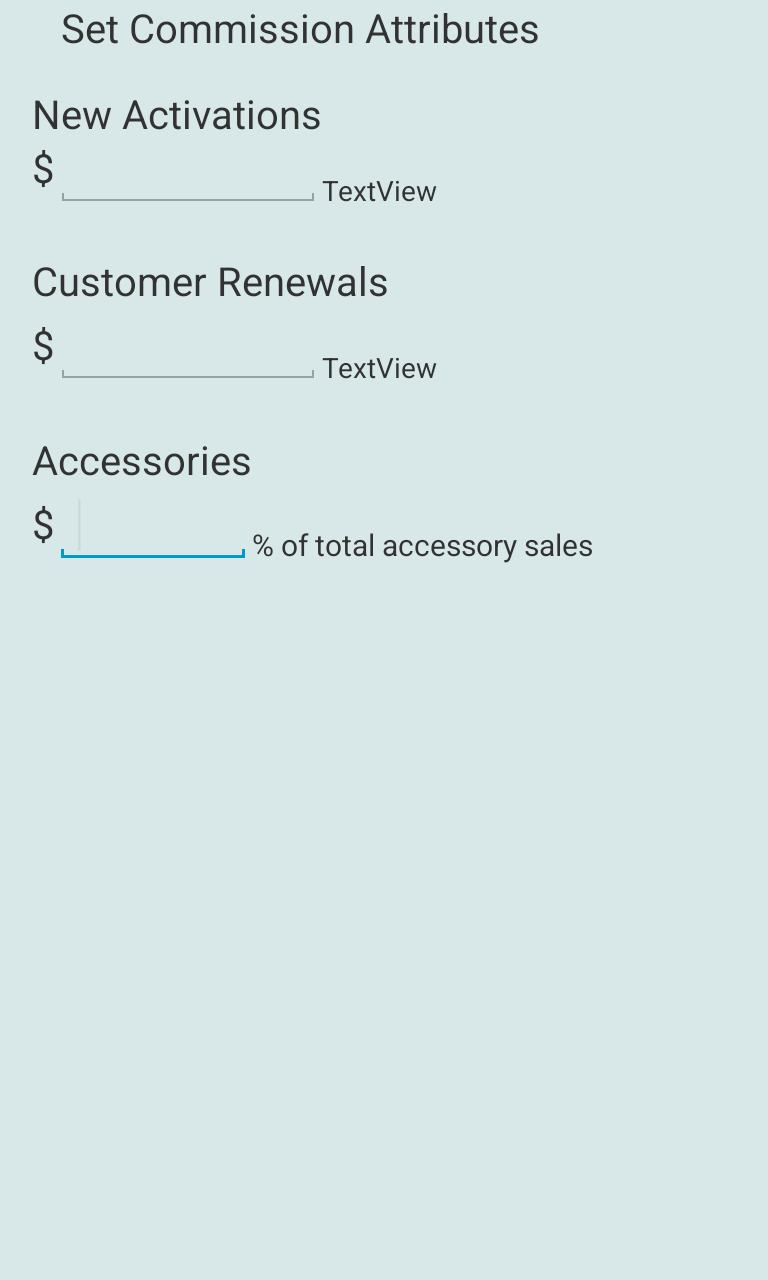
Repository: jemcphe/XCell
Layout: XCell/res/layout/frag_settings.xml
These files come from the project's save history. The layout is drawn as it stood at one moment and after the next save; the edit follows.
It is drawn on a 768 x 1280 px phone screen (xhdpi) without system bars, with theme Theme.Xcell; the app's code is not run.

Above is the layout before, as saved 2013-08-16 03:13:58.

### XCell/res/layout/frag_settings.xml
<?xml version="1.0" encoding="utf-8"?>
<RelativeLayout xmlns:android="http://schemas.android.com/apk/res/android"
    android:id="@+id/frag_settings"
    android:layout_width="match_parent"
    android:layout_height="match_parent"
    android:background="@color/background_xcell"
    android:orientation="vertical" >

    <TextView
        android:id="@+id/textView2"
        android:layout_width="300dp"
        android:layout_height="wrap_content"
        android:gravity="center"
        android:text="Set Commission Attributes"
        android:textSize="20sp" />

    <TextView
        android:id="@+id/textView1"
        android:layout_width="wrap_content"
        android:layout_height="wrap_content"
        android:layout_alignParentLeft="true"
        android:layout_below="@+id/textView2"
        android:layout_marginLeft="16dp"
        android:layout_marginTop="16dp"
        android:text="New Activations"
        android:textSize="20sp" />

    <TextView
        android:id="@+id/textView3"
        android:layout_width="wrap_content"
        android:layout_height="wrap_content"
        android:layout_alignLeft="@+id/textView1"
        android:layout_below="@+id/textView1"
        android:text="$"
        android:textSize="20sp" />

    <TextView
        android:id="@+id/textView4"
        android:layout_width="wrap_content"
        android:layout_height="wrap_content"
        android:layout_alignBottom="@+id/editText1"
        android:layout_toRightOf="@+id/editText1"
        android:text="TextView" />

    <TextView
        android:id="@+id/textView5"
        android:layout_width="wrap_content"
        android:layout_height="wrap_content"
        android:layout_alignLeft="@+id/textView3"
        android:layout_below="@+id/editText1"
        android:layout_marginTop="22dp"
        android:text="Customer Renewals"
        android:textSize="20sp" />

    <EditText
        android:id="@+id/editText2"
        android:layout_width="30dp"
        android:layout_height="wrap_content"
        android:layout_alignLeft="@+id/editText1"
        android:layout_alignRight="@+id/editText1"
        android:layout_below="@+id/textView5"
        android:ems="10"
        android:inputType="numberDecimal" />

    <TextView
        android:id="@+id/textView6"
        android:layout_width="wrap_content"
        android:layout_height="wrap_content"
        android:layout_alignBaseline="@+id/editText2"
        android:layout_alignBottom="@+id/editText2"
        android:layout_toLeftOf="@+id/editText1"
        android:text="$"
        android:textSize="20sp" />

    <TextView
        android:id="@+id/textView7"
        android:layout_width="wrap_content"
        android:layout_height="wrap_content"
        android:layout_alignBottom="@+id/editText2"
        android:layout_alignLeft="@+id/textView4"
        android:text="TextView" />

    <EditText
        android:id="@+id/editText1"
        android:layout_width="30dp"
        android:layout_height="wrap_content"
        android:layout_alignBaseline="@+id/textView3"
        android:layout_alignBottom="@+id/textView3"
        android:layout_alignRight="@+id/textView1"
        android:layout_toRightOf="@+id/textView3"
        android:ems="10"
        android:inputType="number" />

    <TextView
        android:id="@+id/textView8"
        android:layout_width="wrap_content"
        android:layout_height="wrap_content"
        android:layout_alignLeft="@+id/textView6"
        android:layout_below="@+id/editText2"
        android:layout_marginTop="23dp"
        android:text="Accessories"
        android:textSize="20sp" />

    <EditText
        android:id="@+id/editText3"
        android:layout_width="wrap_content"
        android:layout_height="wrap_content"
        android:layout_alignLeft="@+id/editText2"
        android:layout_alignRight="@+id/textView8"
        android:layout_below="@+id/textView8"
        android:ems="10"
        android:inputType="number" >

        <requestFocus />
    </EditText>

    <TextView
        android:id="@+id/textView9"
        android:layout_width="wrap_content"
        android:layout_height="wrap_content"
        android:layout_alignBaseline="@+id/editText3"
        android:layout_alignBottom="@+id/editText3"
        android:layout_toLeftOf="@+id/editText3"
        android:text="$"
        android:textSize="20sp" />

    <TextView
        android:id="@+id/textView10"
        android:layout_width="wrap_content"
        android:layout_height="wrap_content"
        android:layout_alignBottom="@+id/editText3"
        android:layout_toRightOf="@+id/editText3"
        android:text="% of total accessory sales"
        android:textSize="15sp" />

</RelativeLayout>

### XCell/res/values/styles_xcell.xml
<?xml version="1.0" encoding="utf-8"?>

<resources>

    <style name="Theme.Xcell" parent="@android:style/Theme.Holo.Light">
        <item name="android:actionBarItemBackground">@drawable/selectable_background_xcell</item>
        <item name="android:popupMenuStyle">@style/PopupMenu.Xcell</item>
        <item name="android:dropDownListViewStyle">@style/DropDownListView.Xcell</item>
        <item name="android:actionBarTabStyle">@style/ActionBarTabStyle.Xcell</item>
        <item name="android:actionDropDownStyle">@style/DropDownNav.Xcell</item>
        <item name="android:actionBarStyle">@style/ActionBar.Solid.Xcell</item>
        <item name="android:actionModeBackground">@drawable/cab_background_top_xcell</item>
        <item name="android:actionModeSplitBackground">@drawable/cab_background_bottom_xcell</item>
        <item name="android:actionModeCloseButtonStyle">@style/ActionButton.CloseMode.Xcell</item>


    </style>

    <style name="ActionBar.Solid.Xcell" parent="@android:style/Widget.Holo.Light.ActionBar.Solid">
        <item name="android:background">@drawable/ab_background_textured_xcell</item>
        <item name="android:backgroundStacked">@drawable/ab_stacked_solid_xcell</item>
        <item name="android:backgroundSplit">@drawable/ab_background_textured_xcell</item>
        <item name="android:progressBarStyle">@style/ProgressBar.Xcell</item>
    </style>

    <style name="ActionBar.Transparent.Xcell" parent="@android:style/Widget.Holo.Light.ActionBar">
        <item name="android:background">@drawable/ab_transparent_xcell</item>
        <item name="android:progressBarStyle">@style/ProgressBar.Xcell</item>
    </style>

    <style name="PopupMenu.Xcell" parent="@android:style/Widget.Holo.Light.ListPopupWindow">
        <item name="android:popupBackground">@drawable/menu_dropdown_panel_xcell</item>
    </style>

    <style name="DropDownListView.Xcell" parent="@android:style/Widget.Holo.Light.ListView.DropDown">
        <item name="android:listSelector">@drawable/selectable_background_xcell</item>
    </style>

    <style name="ActionBarTabStyle.Xcell" parent="@android:style/Widget.Holo.Light.ActionBar.TabView">
        <item name="android:background">@drawable/tab_indicator_ab_xcell</item>
    </style>

    <style name="DropDownNav.Xcell" parent="@android:style/Widget.Holo.Light.Spinner">
        <item name="android:background">@drawable/spinner_background_ab_xcell</item>
        <item name="android:popupBackground">@drawable/menu_dropdown_panel_xcell</item>
        <item name="android:dropDownSelector">@drawable/selectable_background_xcell</item>
    </style>

    <style name="ProgressBar.Xcell" parent="@android:style/Widget.Holo.Light.ProgressBar.Horizontal">
        <item name="android:progressDrawable">@drawable/progress_horizontal_xcell</item>
    </style>

    <style name="ActionButton.CloseMode.Xcell" parent="@android:style/Widget.Holo.Light.ActionButton.CloseMode">
        <item name="android:background">@drawable/btn_cab_done_xcell</item>
    </style>

    <!-- this style is only referenced in a Light.DarkActionBar based theme -->
    <style name="Theme.Xcell.Widget" parent="@android:style/Theme.Holo">
        <item name="android:popupMenuStyle">@style/PopupMenu.Xcell</item>
        <item name="android:dropDownListViewStyle">@style/DropDownListView.Xcell</item>
    </style>

</resources>

### XCell/res/drawable/selectable_background_xcell.xml
<?xml version="1.0" encoding="utf-8"?>
<!-- File created by the Android Action Bar Style Generator

     Copyright (C) 2011 The Android Open Source Project
     Copyright (C) 2012 readyState Software Ltd

     Licensed under the Apache License, Version 2.0 (the "License");
     you may not use this file except in compliance with the License.
     You may obtain a copy of the License at

          http://www.apache.org/licenses/LICENSE-2.0

     Unless required by applicable law or agreed to in writing, software
     distributed under the License is distributed on an "AS IS" BASIS,
     WITHOUT WARRANTIES OR CONDITIONS OF ANY KIND, either express or implied.
     See the License for the specific language governing permissions and
     limitations under the License.
-->

<selector xmlns:android="http://schemas.android.com/apk/res/android"
        android:exitFadeDuration="@android:integer/config_mediumAnimTime" >
    <item android:state_pressed="false" android:state_focused="true" android:drawable="@drawable/list_focused_xcell" />
    <item android:state_pressed="true" android:drawable="@drawable/pressed_background_xcell" />
    <item android:drawable="@android:color/transparent" />
</selector>

### XCell/res/drawable/btn_cab_done_xcell.xml
<?xml version="1.0" encoding="utf-8"?>
<!-- File created by the Android Action Bar Style Generator

     Copyright (C) 2011 The Android Open Source Project
     Copyright (C) 2012 readyState Software Ltd

     Licensed under the Apache License, Version 2.0 (the "License");
     you may not use this file except in compliance with the License.
     You may obtain a copy of the License at

          http://www.apache.org/licenses/LICENSE-2.0

     Unless required by applicable law or agreed to in writing, software
     distributed under the License is distributed on an "AS IS" BASIS,
     WITHOUT WARRANTIES OR CONDITIONS OF ANY KIND, either express or implied.
     See the License for the specific language governing permissions and
     limitations under the License.
-->

<selector xmlns:android="http://schemas.android.com/apk/res/android">
    <item android:state_pressed="true"
        android:drawable="@drawable/btn_cab_done_pressed_xcell" />
    <item android:state_focused="true" android:state_enabled="true"
        android:drawable="@drawable/btn_cab_done_focused_xcell" />
    <item android:state_enabled="true"
        android:drawable="@drawable/btn_cab_done_default_xcell" />
</selector>

### XCell/res/drawable/ab_background_textured_xcell.xml
<?xml version="1.0" encoding="utf-8"?>
<!-- File created by the Android Action Bar Style Generator

     Copyright (C) 2012 readyState Software Ltd

     Licensed under the Apache License, Version 2.0 (the "License");
     you may not use this file except in compliance with the License.
     You may obtain a copy of the License at

          http://www.apache.org/licenses/LICENSE-2.0

     Unless required by applicable law or agreed to in writing, software
     distributed under the License is distributed on an "AS IS" BASIS,
     WITHOUT WARRANTIES OR CONDITIONS OF ANY KIND, either express or implied.
     See the License for the specific language governing permissions and
     limitations under the License.
-->

<bitmap xmlns:android="http://schemas.android.com/apk/res/android"
    android:src="@drawable/ab_texture_tile_xcell"
    android:tileMode="repeat" />

### XCell/res/drawable/progress_horizontal_xcell.xml
<?xml version="1.0" encoding="utf-8"?>
<!-- File created by the Android Action Bar Style Generator

     Copyright (C) 2011 The Android Open Source Project
     Copyright (C) 2012 readyState Software Ltd

     Licensed under the Apache License, Version 2.0 (the "License");
     you may not use this file except in compliance with the License.
     You may obtain a copy of the License at

          http://www.apache.org/licenses/LICENSE-2.0

     Unless required by applicable law or agreed to in writing, software
     distributed under the License is distributed on an "AS IS" BASIS,
     WITHOUT WARRANTIES OR CONDITIONS OF ANY KIND, either express or implied.
     See the License for the specific language governing permissions and
     limitations under the License.
-->

<layer-list xmlns:android="http://schemas.android.com/apk/res/android">

    <item android:id="@android:id/background"
          android:drawable="@drawable/progress_bg_xcell" />

    <item android:id="@android:id/secondaryProgress">
        <scale android:scaleWidth="100%"
               android:drawable="@drawable/progress_secondary_xcell" />
    </item>

    <item android:id="@android:id/progress">
        <scale android:scaleWidth="100%"
               android:drawable="@drawable/progress_primary_xcell" />
    </item>

</layer-list>

### XCell/res/drawable/spinner_background_ab_xcell.xml
<?xml version="1.0" encoding="utf-8"?>
<!-- File created by the Android Action Bar Style Generator

     Copyright (C) 2011 The Android Open Source Project
     Copyright (C) 2012 readyState Software Ltd

     Licensed under the Apache License, Version 2.0 (the "License");
     you may not use this file except in compliance with the License.
     You may obtain a copy of the License at

          http://www.apache.org/licenses/LICENSE-2.0

     Unless required by applicable law or agreed to in writing, software
     distributed under the License is distributed on an "AS IS" BASIS,
     WITHOUT WARRANTIES OR CONDITIONS OF ANY KIND, either express or implied.
     See the License for the specific language governing permissions and
     limitations under the License.
-->

<selector xmlns:android="http://schemas.android.com/apk/res/android">
    <item android:state_enabled="false"
        android:drawable="@drawable/spinner_ab_disabled_xcell" />
    <item android:state_pressed="true"
        android:drawable="@drawable/spinner_ab_pressed_xcell" />
    <item android:state_pressed="false" android:state_focused="true"
        android:drawable="@drawable/spinner_ab_focused_xcell" />
    <item android:drawable="@drawable/spinner_ab_default_xcell" />
</selector>

### XCell/res/drawable/tab_indicator_ab_xcell.xml
<?xml version="1.0" encoding="utf-8"?>
<!-- File created by the Android Action Bar Style Generator

     Copyright (C) 2011 The Android Open Source Project
     Copyright (C) 2012 readyState Software Ltd

     Licensed under the Apache License, Version 2.0 (the "License");
     you may not use this file except in compliance with the License.
     You may obtain a copy of the License at

          http://www.apache.org/licenses/LICENSE-2.0

     Unless required by applicable law or agreed to in writing, software
     distributed under the License is distributed on an "AS IS" BASIS,
     WITHOUT WARRANTIES OR CONDITIONS OF ANY KIND, either express or implied.
     See the License for the specific language governing permissions and
     limitations under the License.
-->

<selector xmlns:android="http://schemas.android.com/apk/res/android">
    <!-- Non focused states -->
    <item android:state_focused="false" android:state_selected="false" android:state_pressed="false" android:drawable="@android:color/transparent" />
    <item android:state_focused="false" android:state_selected="true"  android:state_pressed="false" android:drawable="@drawable/tab_selected_xcell" />

    <!-- Focused states -->
    <item android:state_focused="true" android:state_selected="false" android:state_pressed="false" android:drawable="@drawable/tab_unselected_focused_xcell" />
    <item android:state_focused="true" android:state_selected="true"  android:state_pressed="false" android:drawable="@drawable/tab_selected_focused_xcell" />

    <!-- Pressed -->
    <!--    Non focused states -->
    <item android:state_focused="false" android:state_selected="false" android:state_pressed="true" android:drawable="@drawable/tab_unselected_pressed_xcell" />
    <item android:state_focused="false" android:state_selected="true"  android:state_pressed="true" android:drawable="@drawable/tab_selected_pressed_xcell" />

    <!--    Focused states -->
    <item android:state_focused="true" android:state_selected="false" android:state_pressed="true" android:drawable="@drawable/tab_unselected_pressed_xcell" />
    <item android:state_focused="true" android:state_selected="true"  android:state_pressed="true" android:drawable="@drawable/tab_selected_pressed_xcell" />
</selector>

### XCell/res/drawable/pressed_background_xcell.xml
<?xml version="1.0" encoding="utf-8"?>
<!-- File created by the Android Action Bar Style Generator

     Copyright (C) 2011 The Android Open Source Project
     Copyright (C) 2012 readyState Software Ltd

     Licensed under the Apache License, Version 2.0 (the "License");
     you may not use this file except in compliance with the License.
     You may obtain a copy of the License at

          http://www.apache.org/licenses/LICENSE-2.0

     Unless required by applicable law or agreed to in writing, software
     distributed under the License is distributed on an "AS IS" BASIS,
     WITHOUT WARRANTIES OR CONDITIONS OF ANY KIND, either express or implied.
     See the License for the specific language governing permissions and
     limitations under the License.
-->

<shape xmlns:android="http://schemas.android.com/apk/res/android" android:shape="rectangle">
    <solid android:color="@color/pressed_xcell" />
</shape>

### XCell/res/values/colors_xcell.xml
<?xml version="1.0" encoding="utf-8"?>
<!-- File created by the Android Action Bar Style Generator

     Copyright (C) 2011 The Android Open Source Project
     Copyright (C) 2012 readyState Software Ltd

     Licensed under the Apache License, Version 2.0 (the "License");
     you may not use this file except in compliance with the License.
     You may obtain a copy of the License at

          http://www.apache.org/licenses/LICENSE-2.0

     Unless required by applicable law or agreed to in writing, software
     distributed under the License is distributed on an "AS IS" BASIS,
     WITHOUT WARRANTIES OR CONDITIONS OF ANY KIND, either express or implied.
     See the License for the specific language governing permissions and
     limitations under the License.
-->

<resources>
    <color name="pressed_xcell">#CC33B5E5</color>
    <color name="background_xcell">#d8e8e8</color>
    <color name="xcell_blue">#12679b</color>
</resources>

After the next save:
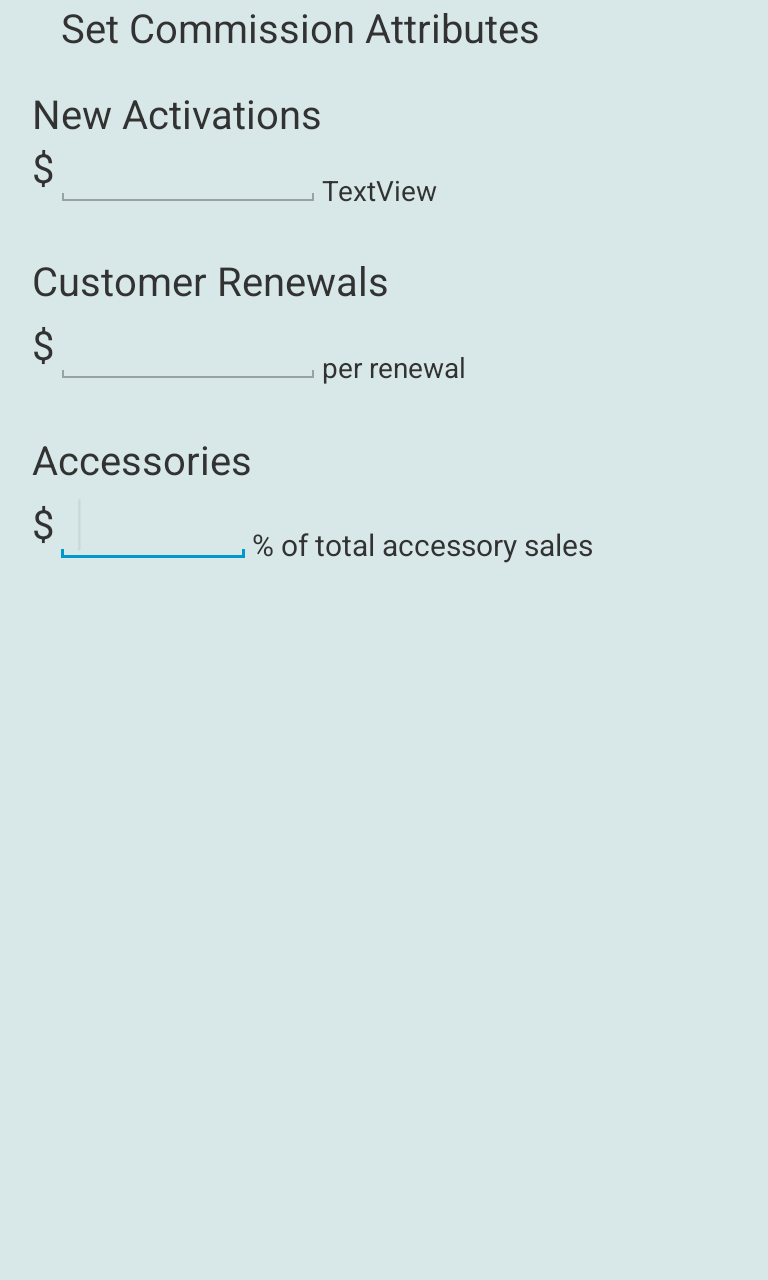
Saved 53 s later.
--- a/XCell/res/layout/frag_settings.xml
+++ b/XCell/res/layout/frag_settings.xml
@@ -78,7 +78,7 @@
         android:layout_height="wrap_content"
         android:layout_alignBottom="@+id/editText2"
         android:layout_alignLeft="@+id/textView4"
-        android:text="TextView" />
+        android:text="per renewal" />
 
     <EditText
         android:id="@+id/editText1"
